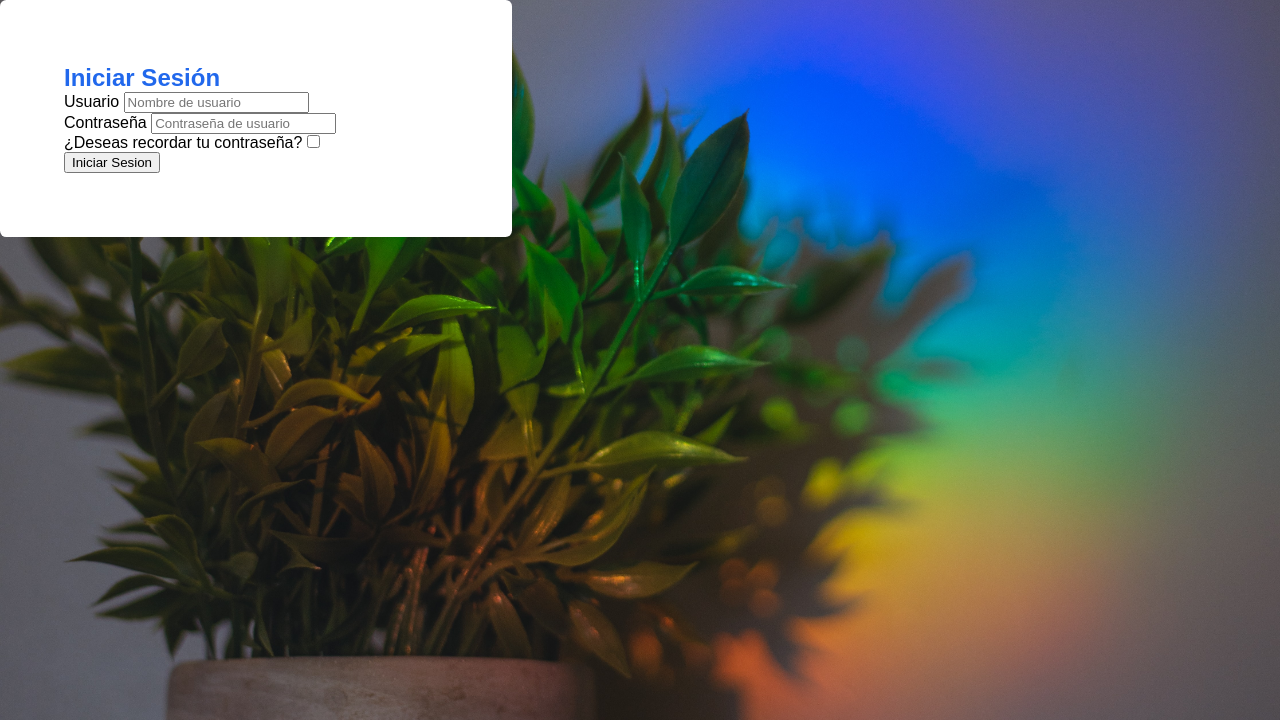
Repository: TzMichaelYT/ModuloHTMLCSS
Page: formularioHTML/index.html
These files come from the project's save history. The page is drawn as it stood at one moment and after the next save; the edit follows.
The browser window is 1280 px wide. The pictures show the whole page.

Above is the page before, as saved 2021-07-14 20:30:15.

After the next save:
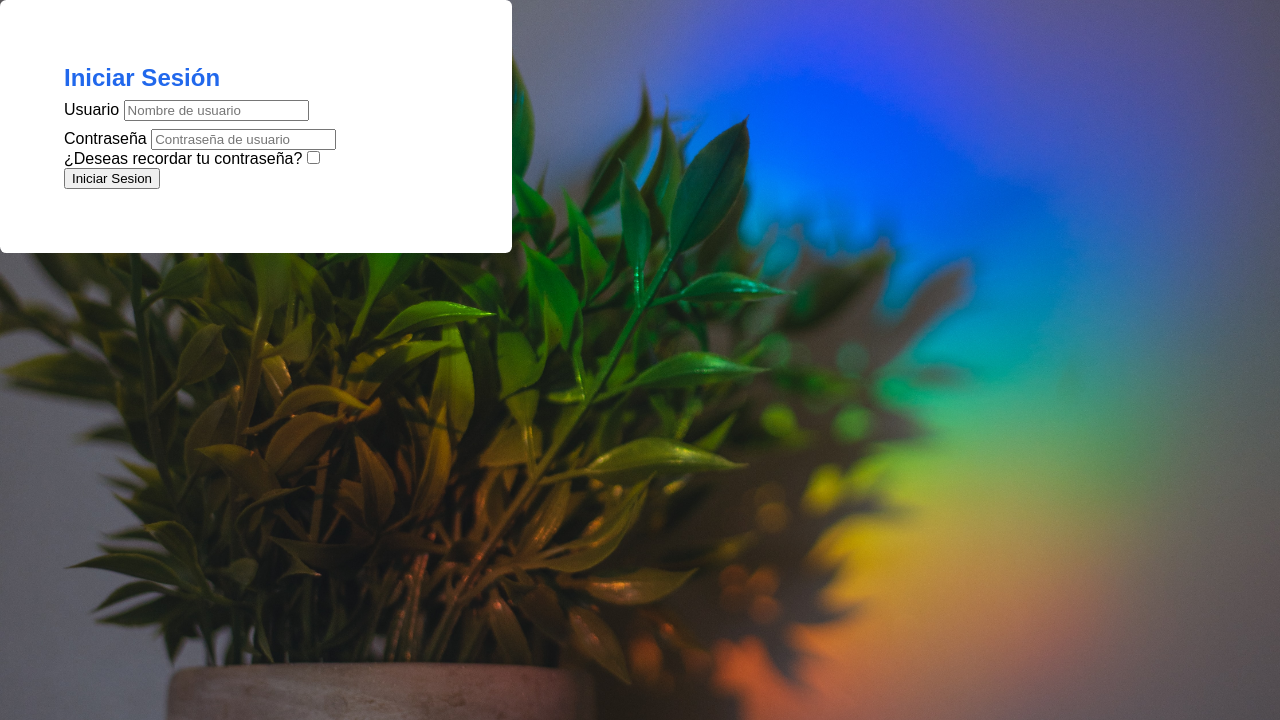
Saved 40 s later.
--- a/formularioHTML/styles/styles.css
+++ b/formularioHTML/styles/styles.css
@@ -32,7 +32,9 @@
 }
 
 /* contenedores de inputs */
-
+.input-container {
+    margin-top: 0.5rem;
+}
 
 
 /* estilos de botones */
